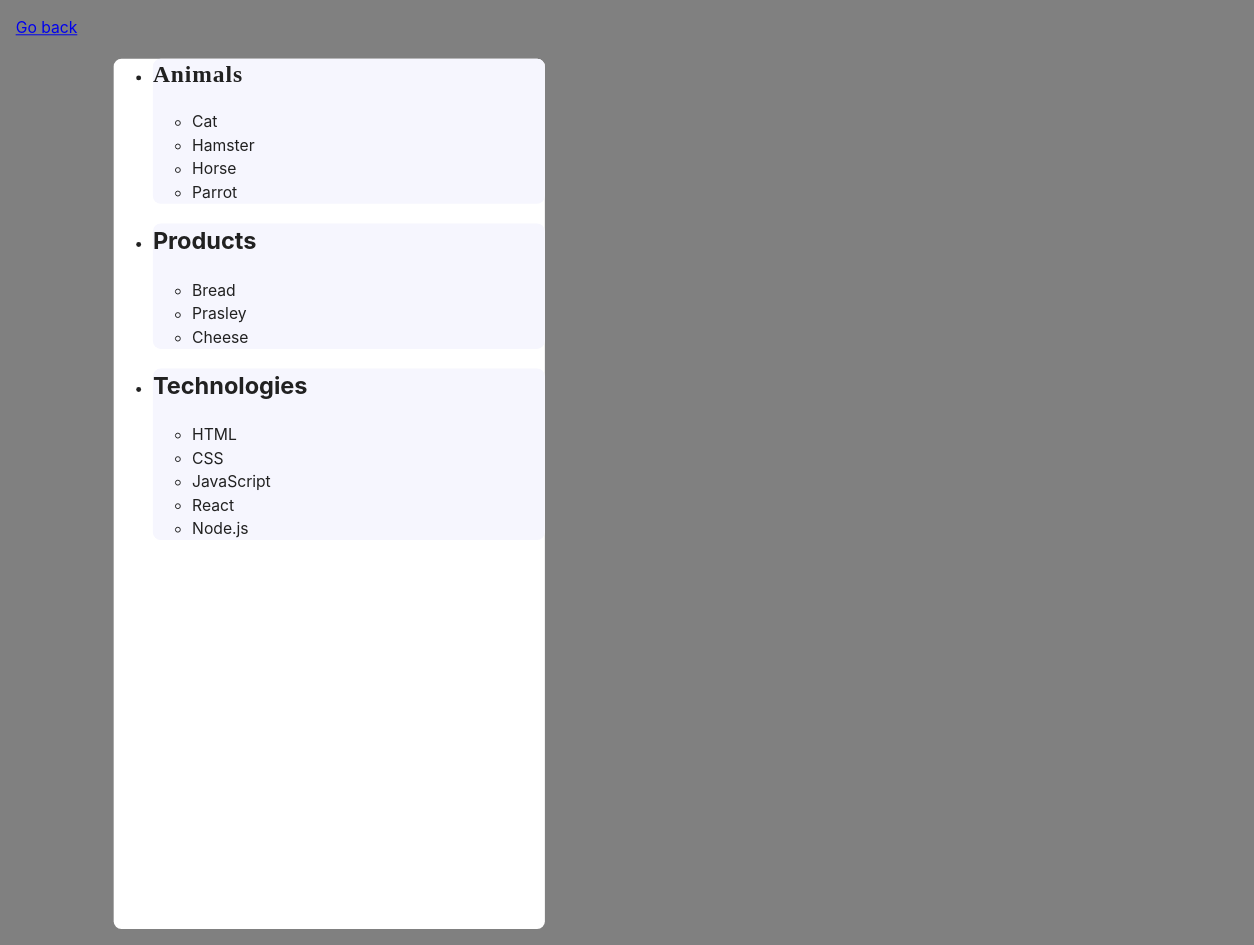
Repository: ViacheslavParfenenko/goit-js-hw-07
Page: task-1.html
The author's editor kept a copy of each file at every save. The page is drawn from the files as they stood at one save, then again after the next save.
The browser window is 1280 px wide. The pictures show the whole page, at 98% of full size.

Above is the page before, as saved 2024-07-09 17:07:02.

### task-1.html
<!DOCTYPE html>
<html lang="en">
  <head>
    <meta charset="UTF-8" />
    <meta http-equiv="X-UA-Compatible" content="IE=edge" />
    <meta name="viewport" content="width=device-width, initial-scale=1.0" />
    <title>Task 1</title>
    <link rel="stylesheet" href="./css/common.css" />
  </head>
  <body>
    <p><a href="./index.html">Go back</a></p>

    <ul class="list" id="categories">
      <li class="item">
        <h2 class="item-name">Animals</h2>

        <ul>
          <li class="one-item-name">Cat</li>
          <li class="one-item-name">Hamster</li>
          <li class="one-item-name">Horse</li>
          <li class="one-item-name">Parrot</li>
        </ul>
      </li>
      <li class="item">
        <h2>Products</h2>

        <ul>
          <li>Bread</li>
          <li>Prasley</li>
          <li>Cheese</li>
        </ul>
      </li>
      <li class="item">
        <h2>Technologies</h2>

        <ul>
          <li>HTML</li>
          <li>CSS</li>
          <li>JavaScript</li>
          <li>React</li>
          <li>Node.js</li>
        </ul>
      </li>
    </ul>

    <script src="./js/task-1.js" type="module"></script>
  </body>
</html>

### css/common.css
* {
  box-sizing: border-box;
}

body {
  margin: 16px;
  font-family: -apple-system, BlinkMacSystemFont, 'Segoe UI', Roboto, Oxygen,
    Ubuntu, Cantarell, 'Open Sans', 'Helvetica Neue', sans-serif;
  -webkit-font-smoothing: antialiased;
  -moz-osx-font-smoothing: grayscale;
  background-color: gray;
  color: #212121;
  line-height: 1.5;
}

.list {
  margin-left: 100px;
  background-color: #fff;
  width: 440px;
  height: 888px;;
  gap: 24px;
  border-radius: 8px 8px 8px 8px;



}

.item {

  flex: auto;
  background-color:  #F6F6FE;
  ;
   width: 392;
   height: ;
   border-radius: 8px 8px 8px 8px;

}

.item-name {

font-family: Montserrat;
font-size: 24px;
font-weight: 600;
line-height: 32px;
letter-spacing: 0.04em;
text-align: left;


}

.one-item-name {


}

### js/task-1.js
const categoriesList = document.getElementById('categories');

const categoriesItems = categoriesList.querySelectorAll('li.item');

console.log(`Number of categories: ${categoriesItems.length}`);

categoriesItems.forEach(category => {
  const categoryTitle = category.querySelector('h2').textContent;
  const categoryItems = category.querySelectorAll('ul li').length;
  console.log(`Category: ${categoryTitle}`);
  console.log(`Elements: ${categoryItems}`);
});

const style = document.createElement('style');
style.textContent = `
  .categories {
    display: flex;
    flex-wrap:;
    gap: 10px;
    list-style: none;
    border: 1px;
    padding: 0;
    margin: 0;
  }
  .item {
    flex: 1 1 calc(33.333% - 10px);
    box-sizing: border-box;
  }

  }
`;

After the next save:
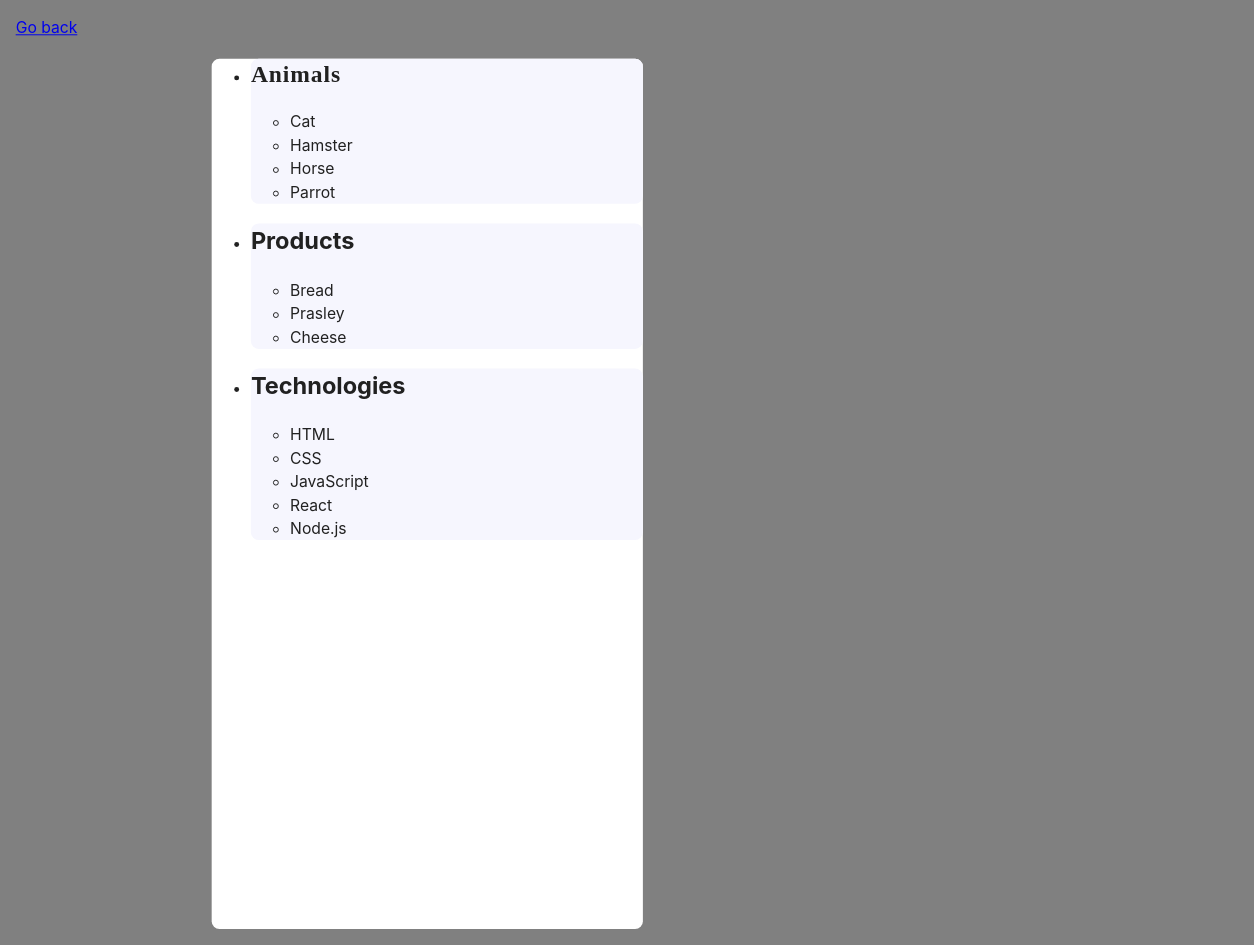
Saved 19 s later.
--- a/css/common.css
+++ b/css/common.css
@@ -14,7 +14,7 @@ body {
 }
 
 .list {
-  margin-left: 100px;
+  margin-left: 200px;
   background-color: #fff;
   width: 440px;
   height: 888px;;
